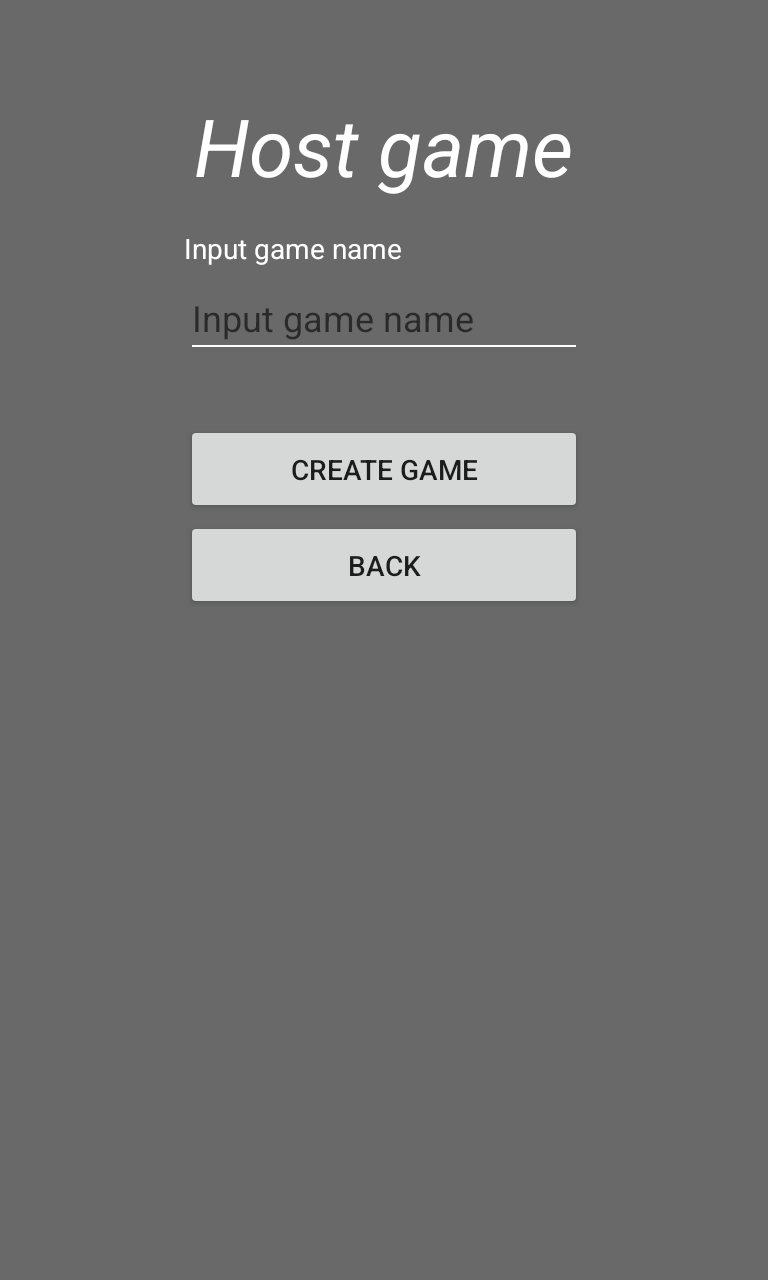
Repository: Hannanina/GuessTag
Layout: GuessTag/res/layout/activity_host.xml
An editor plug-in stored every save of this project. The layout is shown before and after the next save, followed by the edit.
It is drawn on a 768 x 1280 px phone screen (xhdpi) without system bars, with theme AppTheme; the app's code is not run.

Above is the layout before, as saved 2014-12-08 10:26:25.

After the next save:
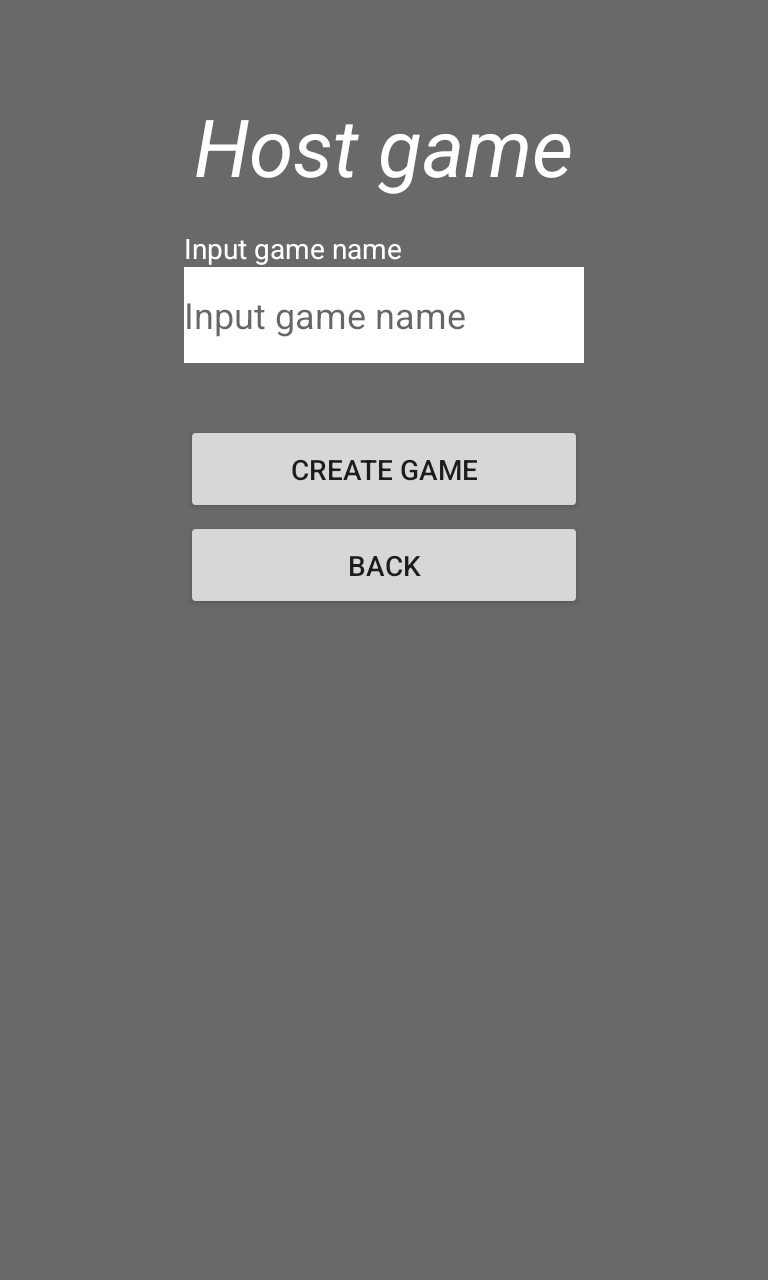
Saved 14 s later.
--- a/GuessTag/res/layout/activity_host.xml
+++ b/GuessTag/res/layout/activity_host.xml
@@ -42,7 +42,7 @@
         	android:layout_width="match_parent"
         	android:layout_height="48dp"
         	android:layout_gravity="center"
-        	android:backgroundTint="@color/White"
+        	android:background="@color/White"
         	android:hint="@string/input_game_name" >
 
     	</EditText>
